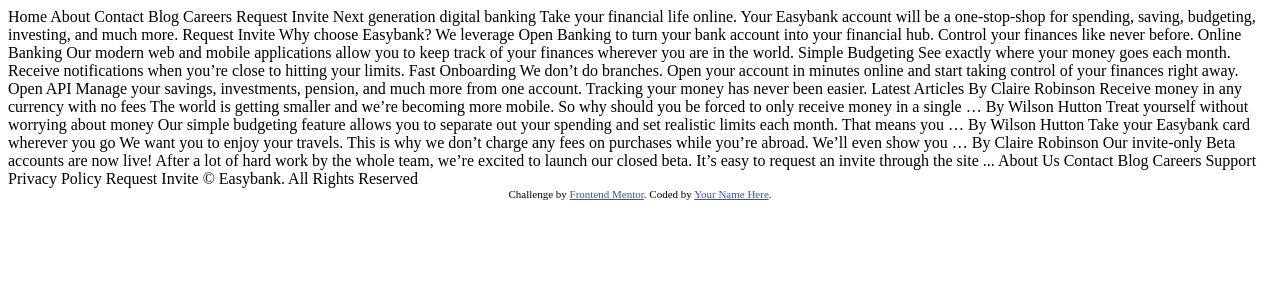
Repository: OmniaRafat232111121/easybank-landing-page-master
Page: index.html
These files come from the project's save history. The page is drawn as it stood at one moment and after the next save; the edit follows.
The browser window is 1280 px wide. The pictures show the whole page.

Above is the page before, as saved 2021-03-10 00:21:47.

After the next save:
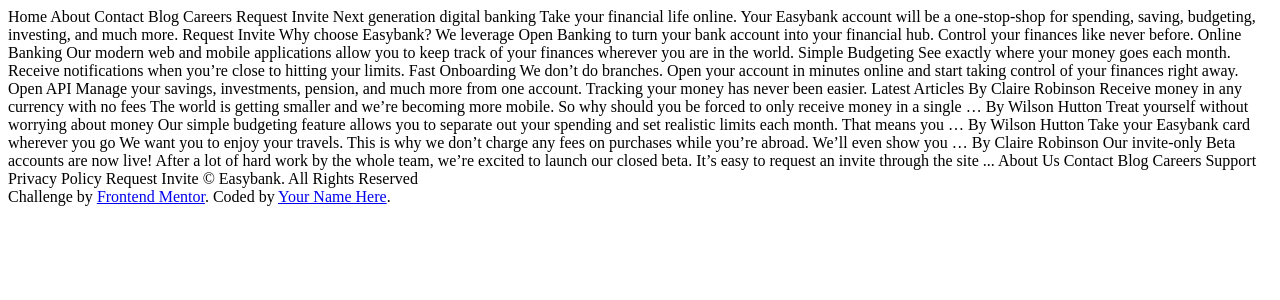
Saved 488 days later.
--- a/index.html
+++ b/index.html
@@ -7,12 +7,6 @@
   <link rel="icon" type="image/png" sizes="32x32" href="./images/favicon-32x32.png">
 
   <title>Frontend Mentor | Easybank landing page</title>
-
-  <!-- Feel free to remove these styles or customise in your own stylesheet 👍 -->
-  <style>
-    .attribution { font-size: 11px; text-align: center; }
-    .attribution a { color: hsl(228, 45%, 44%); }
-  </style>
 </head>
 <body>
 
